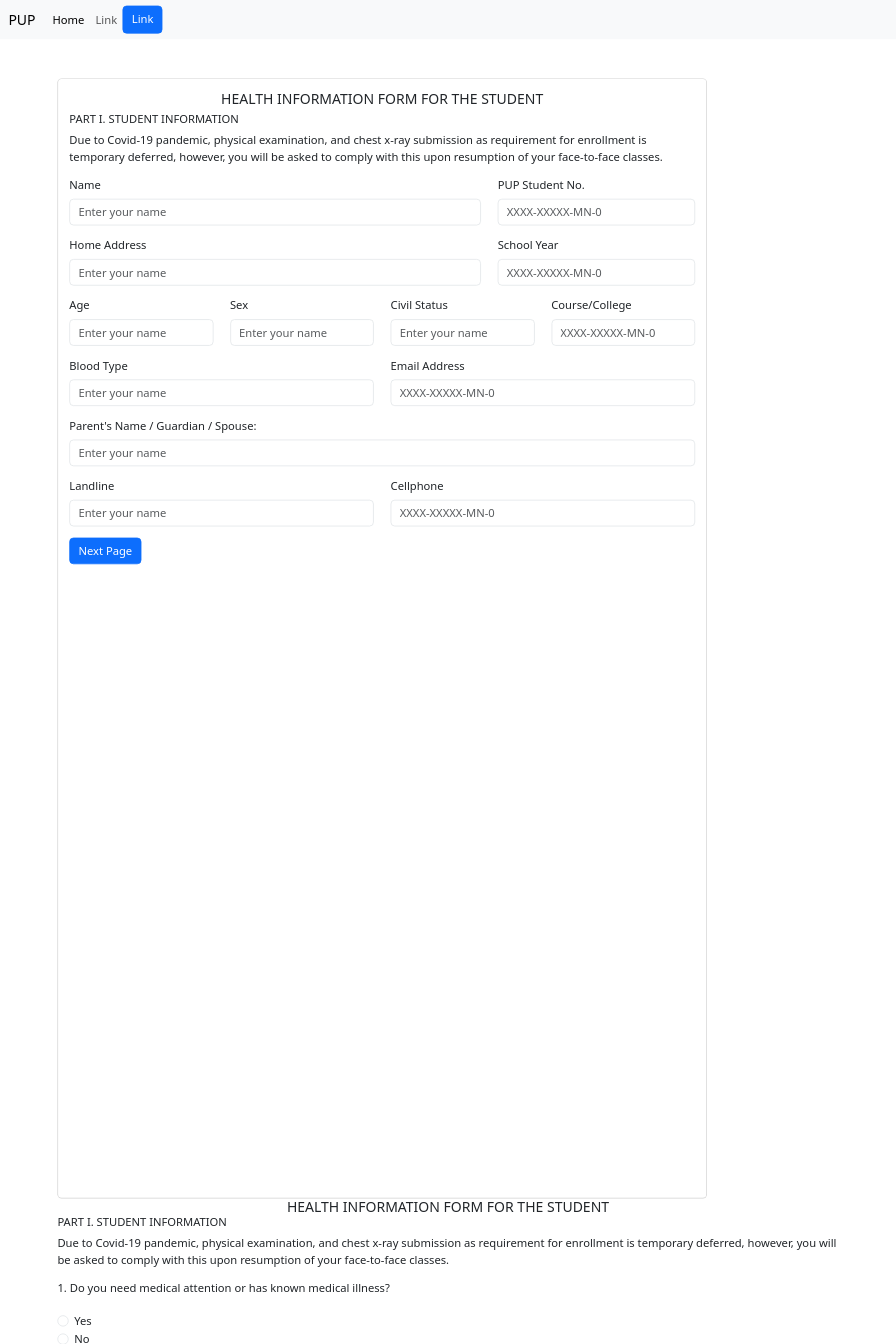
Repository: Nicktacku/webdev
Page: form.html
The author's editor kept a copy of each file at every save. The page is drawn from the files as they stood at one save, then again after the next save.
The browser window is 1280 px wide. The pictures show the part of the page from y = 0 to 1920 px (the page is 2974 px tall before and 2966 px after), at 70% of full size.

Above is the page before, as saved 2024-07-16 01:08:43.

### form.html
<!DOCTYPE html>
<html lang="en">
  <head>
    <meta charset="UTF-8" />
    <meta name="viewport" content="width=device-width, initial-scale=1.0" />
    <title>Document</title>
    <link
      href="https://cdn.jsdelivr.net/npm/bootstrap@5.3.3/dist/css/bootstrap.min.css"
      rel="stylesheet"
      integrity="sha384-QWTKZyjpPEjISv5WaRU9OFeRpok6YctnYmDr5pNlyT2bRjXh0JMhjY6hW+ALEwIH"
      crossorigin="anonymous"
    />
  </head>
  <body>
    <!-- Navbar -->
    <nav class="navbar navbar-expand-lg bg-body-tertiary">
        <div class="container-fluid">
          <a class="navbar-brand" href="#">PUP</a>
          <button
            class="navbar-toggler"
            type="button"
            data-bs-toggle="collapse"
            data-bs-target="#navbarSupportedContent"
            aria-controls="navbarSupportedContent"
            aria-expanded="false"
            aria-label="Toggle navigation"
          >
            <span class="navbar-toggler-icon"></span>
          </button>
          <div class="collapse navbar-collapse" id="navbarSupportedContent">
            <ul class="navbar-nav me-auto mb-2 mb-lg-0">
              <li class="nav-item">
                <a class="nav-link active" aria-current="page" href="#">Home</a>
              </li>
              <li class="nav-item">
                <a class="nav-link" href="#">Link</a>
              </li>

              <a class="btn btn-primary" href="form.html" role="button">Link</a>
          </div>
        </div>
      </nav>

    <div
      class="container mt-2 pt-5"
    >


    <div class="card" style="width: 58rem; height: 100rem">

        <!-- section 1 -->
        <div class="card-body" id="section-1">
          <h5 class="card-title d-flex justify-content-center">HEALTH INFORMATION FORM FOR THE STUDENT</h5>
          <h6 class="card-text">PART I. STUDENT INFORMATION</h6>
          <p class="card-text">Due to Covid-19 pandemic, physical examination, and chest x-ray submission as requirement for enrollment is
            temporary deferred, however, you will be asked to comply with this upon resumption of your face-to-face classes.</p>

            <div class="row">
                <div class="col-8">
                    <div class="mb-3">
                        <label for="name" class="form-label">Name</label>
                        <input type="text" class="form-control" id="name-input" placeholder="Enter your name">
                      </div>
                </div>
                <div class="col">
                    <div class="mb-3">
                        <label for="name" class="form-label">PUP Student No.</label>
                        <input type="text" class="form-control" id="name-input" placeholder="XXXX-XXXXX-MN-0">
                      </div>
                </div>
            </div>

            <div class="row">
                <div class="col-8">
                    <div class="mb-3">
                        <label for="name" class="form-label">Home Address</label>
                        <input type="text" class="form-control" id="name-input" placeholder="Enter your name">
                      </div>
                </div>
                <div class="col">
                    <div class="mb-3">
                        <label for="name" class="form-label">School Year</label>
                        <input type="text" class="form-control" id="name-input" placeholder="XXXX-XXXXX-MN-0">
                      </div>
                </div>
            </div>

            <div class="row">
                <div class="col-3">
                    <div class="mb-3">
                        <label for="name" class="form-label">Age</label>
                        <input type="text" class="form-control" id="name-input" placeholder="Enter your name">
                      </div>
                </div>
                <div class="col-3">
                    <div class="mb-3">
                        <label for="name" class="form-label">Sex</label>
                        <input type="text" class="form-control" id="name-input" placeholder="Enter your name">
                      </div>
                </div>
                <div class="col-3">
                    <div class="mb-3">
                        <label for="name" class="form-label">Civil Status</label>
                        <input type="text" class="form-control" id="name-input" placeholder="Enter your name">
                      </div>
                </div>
                <div class="col">
                    <div class="mb-3">
                        <label for="name" class="form-label">Course/College</label>
                        <input type="text" class="form-control" id="name-input" placeholder="XXXX-XXXXX-MN-0">
                      </div>
                </div>
            </div>

            <div class="row">
                <div class="col-6">
                    <div class="mb-3">
                        <label for="name" class="form-label">Blood Type</label>
                        <input type="text" class="form-control" id="name-input" placeholder="Enter your name">
                      </div>
                </div>
                <div class="col">
                    <div class="mb-3">
                        <label for="name" class="form-label">Email Address</label>
                        <input type="text" class="form-control" id="name-input" placeholder="XXXX-XXXXX-MN-0">
                      </div>
                </div>
            </div>

            <div class="row">
                <div class="col">
                    <div class="mb-3">
                        <label for="name" class="form-label">Parent's Name / Guardian / Spouse:</label>
                        <input type="text" class="form-control" id="name-input" placeholder="Enter your name">
                      </div>
                </div>
            </div>

            <div class="row">
                <div class="col-6">
                    <div class="mb-3">
                        <label for="name" class="form-label">Landline</label>
                        <input type="text" class="form-control" id="name-input" placeholder="Enter your name">
                      </div>
                </div>
                <div class="col">
                    <div class="mb-3">
                        <label for="name" class="form-label">Cellphone</label>
                        <input type="text" class="form-control" id="name-input" placeholder="XXXX-XXXXX-MN-0">
                      </div>
                </div>
            </div>

          <a href="#" class="btn btn-primary">Next Page</a>
        </div>
      </div>

      <!-- Section 2 -->
      <div class="card-body" id="section-2">
        <h5 class="card-title d-flex justify-content-center">HEALTH INFORMATION FORM FOR THE STUDENT</h5>
        <h6 class="card-text">PART I. STUDENT INFORMATION</h6>
        <p class="card-text">Due to Covid-19 pandemic, physical examination, and chest x-ray submission as requirement for enrollment is
          temporary deferred, however, you will be asked to comply with this upon resumption of your face-to-face classes.</p>

          <div class="row">
            <div class="col-12">
                <div class="mb-3">
                    <label for="name" class="form-label">1. Do you need medical attention or has known medical illness?</label>
                </div>
                <div class="form-check">
                    <input class="form-check-input" type="radio" name="flexRadioDefault" id="flexRadioDefault1">
                    <label class="form-check-label" for="flexRadioDefault1">
                      Yes
                    </label>
                  </div>
                  <div class="form-check">
                    <input class="form-check-input" type="radio" name="flexRadioDefault" id="flexRadioDefault2">
                    <label class="form-check-label" for="flexRadioDefault2">
                      No
                    </label>
                  </div>

                  <div class="row">
                    <p class="col-12">(Please check the following that apply and give more information as needed)</p>
                    <div class="form-check col-3">
                        <input class="form-check-input" type="checkbox" value="" id="flexCheckDefault">
                        <label class="form-check-label" for="flexCheckDefault">
                          Asthma
                    </label>
                    </div>
                    <div class="form-check col-3">
                        <input class="form-check-input" type="checkbox" value="" id="flexCheckDefault">
                        <label class="form-check-label" for="flexCheckDefault">
                            Loss of Consciousness
                    </label>
                    </div>
                    <div class="form-check col-3">
                        <input class="form-check-input" type="checkbox" value="" id="flexCheckDefault">
                        <label class="form-check-label" for="flexCheckDefault">
                            Eye Disease/Defect
                    </label>
                    </div>
                    <div class="form-check col-3">
                        <input class="form-check-input" type="checkbox" value="" id="flexCheckDefault">
                        <label class="form-check-label" for="flexCheckDefault">
                            Accident Injuries
                    </label>
                    </div>
                    <div class="form-check col-3">
                        <input class="form-check-input" type="checkbox" value="" id="flexCheckDefault">
                        <label class="form-check-label" for="flexCheckDefault">
                            Diabetes
                    </label>
                    </div>
                    <div class="form-check col-3">
                        <input class="form-check-input" type="checkbox" value="" id="flexCheckDefault">
                        <label class="form-check-label" for="flexCheckDefault">
                            Heart Disease
                    </label>
                    </div>
                    <div class="form-check col-3">
                        <input class="form-check-input" type="checkbox" value="" id="flexCheckDefault">
                        <label class="form-check-label" for="flexCheckDefault">
                            Kidney Disease
                    </label>
                    </div>
                    <div class="form-check col-3">
                        <input class="form-check-input" type="checkbox" value="" id="flexCheckDefault">
                        <label class="form-check-label" for="flexCheckDefault">
                            Tuberculosis / Primary Complex
                    </label>
                    </div>
                    <div class="form-check col-3">
                        <input class="form-check-input" type="checkbox" value="" id="flexCheckDefault">
                        <label class="form-check-label" for="flexCheckDefault">
                            Migraine
                    </label>
                    </div>
                    <div class="form-check col-3">
                        <input class="form-check-input" type="checkbox" value="" id="flexCheckDefault">
                        <label class="form-check-label" for="flexCheckDefault">
                            High Blood Pressure
                    </label>
                    </div>
                    <div class="form-check col-12">
                        <input class="form-check-input" type="checkbox" value="" id="flexCheckDefault">
                        <label class="form-check-label" for="flexCheckDefault">
                            Others
                        </label>
                        <input type="text" class="form-control" id="name-input" placeholder="(pls indicate)">
                    </div>
                  </div>
            </div>

            <div class="col">
                <p>2. Additional Information for Students with Medical Conditions</p>
                <p>As a Parent/Guardian, I would like to declare that my child had history of allergies to the following</p>

                <div class="row">
                    <div class="col-7">
                        <div class="mb-3">
                            <label for="name" class="form-label">Food</label>
                            <input type="text" class="form-control" id="name-input" placeholder="Enter your name">
                          </div>
                    </div>
                    <div class="col-5">
                        <div class="mb-3">
                            <label for="name" class="form-label">No Known Allergies:</label>
                            <input type="text" class="form-control" id="name-input" placeholder="XXXX-XXXXX-MN-0">
                          </div>
                    </div>

                        <p class="col-12">Medicines</p>
                        <div class="form-check col-4">
                            <input class="form-check-input" type="checkbox" value="" id="flexCheckDefault">
                            <label class="form-check-label" for="flexCheckDefault">
                              Asthma
                        </label>
                        </div>
                        <div class="form-check col-4">
                            <input class="form-check-input" type="checkbox" value="" id="flexCheckDefault">
                            <label class="form-check-label" for="flexCheckDefault">
                              Ibuprofen
                        </label>
                        </div>
                        <div class="form-check col-4">
                            <input class="form-check-input" type="checkbox" value="" id="flexCheckDefault">
                            <label class="form-check-label" for="flexCheckDefault">
                            Amoxicillin
                        </label>
                        </div>

                        <div class="form-check col-4">
                            <input class="form-check-input" type="checkbox" value="" id="flexCheckDefault">
                            <label class="form-check-label" for="flexCheckDefault">
                                Mefenamic Acid
                        </label>
                        </div>
                        <div class="form-check col-4">
                            <input class="form-check-input" type="checkbox" value="" id="flexCheckDefault">
                            <label class="form-check-label" for="flexCheckDefault">
                                Penicillin
                        </label>
                        </div>
                        <div class="form-check col-4">
                            <input class="form-check-input" type="checkbox" value="" id="flexCheckDefault">
                            <label class="form-check-label" for="flexCheckDefault">
                            Others
                            </label>
                            <input type="text" class="form-control" id="name-input" placeholder="(pls indicate)">
                        </div>
                </div>

            </div>

          </div>


      </div>

      <!-- section 1 -->
      <div class="card-body" id="section-1">
        <h5 class="card-title d-flex justify-content-center">HEALTH INFORMATION FORM FOR THE STUDENT</h5>
        <h6 class="card-text">PART III. PERSONAL HISTORY</h6>
        <div class="mb-3">
            <label for="name" class="form-label">Cigarette Smoking</label>
        </div>
        <div class="form-check">
            <input class="form-check-input" type="radio" name="flexRadioDefault" id="flexRadioDefault1">
            <label class="form-check-label" for="flexRadioDefault1">
              Yes
            </label>
          </div>
          <div class="form-check">
            <input class="form-check-input" type="radio" name="flexRadioDefault" id="flexRadioDefault2">
            <label class="form-check-label" for="flexRadioDefault2">
              No
            </label>
          </div>
        </div>
        <div class="mb-3">
            <label for="name" class="form-label">Alcohol Drinking</label>
        </div>
        <div class="form-check">
            <input class="form-check-input" type="radio" name="flexRadioDefault" id="flexRadioDefault1">
            <label class="form-check-label" for="flexRadioDefault1">
              Yes
            </label>
          </div>
          <div class="form-check">
            <input class="form-check-input" type="radio" name="flexRadioDefault" id="flexRadioDefault2">
            <label class="form-check-label" for="flexRadioDefault2">
              No
            </label>
          </div>

          <p>I hereby state to the best of my knowledge, my answers to the above questions are complete and correct.

            By affixing my signature (Parent/Guardian and Student), I agree to the Data Privacy Act of 2012 and its implementing
            rules and regulations and voluntarily giving my consent in the collection and processing of the student's name above
            its Personal Information in accordance with such as health assessment, treatment and/or research following research
            ethics guidelines for the improvements of healthcare services. This consent will remain in full force until I revoke it in
            writing. I also understand the PUP MSD will not be liable to any untoward incident this may arise due to the
            temporary deferral of the physical examination and chest x-ray.</p>

            <!-- gagawan ko input -->
            <p>signature of parent</p>
            <p>Signature of Student</p>
            <p>Date</p>
        <a href="#" class="btn btn-primary">Submit</a>

    </div>


    <script
      src="https://cdn.jsdelivr.net/npm/bootstrap@5.3.3/dist/js/bootstrap.bundle.min.js"
      integrity="sha384-YvpcrYf0tY3lHB60NNkmXc5s9fDVZLESaAA55NDzOxhy9GkcIdslK1eN7N6jIeHz"
      crossorigin="anonymous"
    ></script>
  </body>
</html>

After the next save:
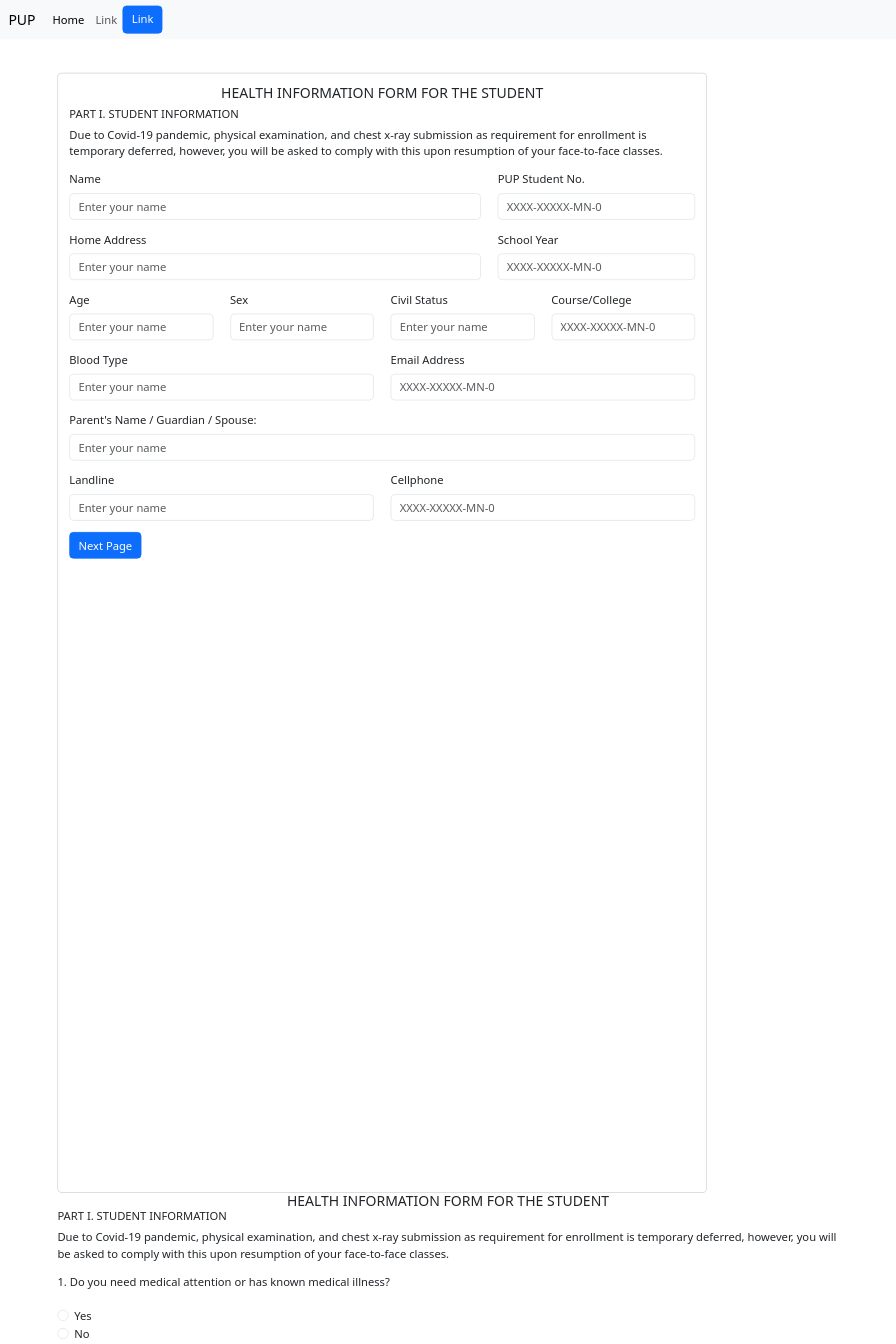
Saved 13 min 30 s later.
--- a/form.html
+++ b/form.html
@@ -42,7 +42,7 @@
       </nav>
 
     <div
-      class="container mt-2 pt-5"
+      class="container mt-auto pt-5"
     >
 
 
